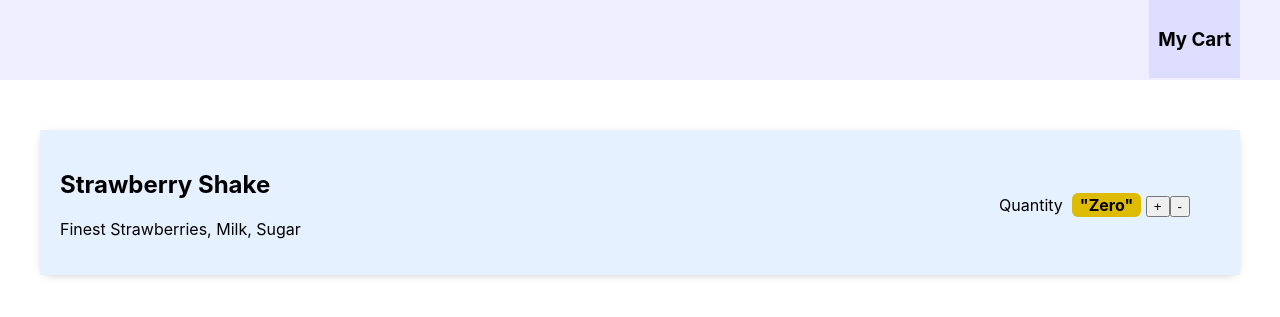
Repository: suhail-yazdan/shopping-cart-react
Page: /
These files come from the project's save history. The page is drawn as it stood at one moment and after the next save; the edit follows.
The browser window is 1280 px wide. The pictures show the whole page.
The project was rebuilt for these pictures with package versions that can differ from the ones it lists, and the page was loaded fresh each time.

Above is the page before, as saved 2023-10-04 16:26:56.

### src/App.js
import './App.css';
import Card from "./Card.jsx";
import Cart from "./Cart.jsx";

function App() {
  // const [products, setProducts] = useState([
  //   {
  //     pid: 1,
  //     name: "Strawberry Shake",
  //     desc: "Finest Strawberries, Milk, Sugar",
  //     price: 149,
  //     quantity: 0
  //   },
  //   {
  //     pid: 2,
  //     name: "Chocolate Fantasy",
  //     desc: "Brownie with chocolate sauce topped with Vanilla Ice cream",
  //     price: 249,
  //     quantity: 0
  //   },
  //   {
  //     pid: 3,
  //     name: "Mediterranean Delight",
  //     desc: "Nuts and Dates from the soils of Algeria",
  //     price: 329,
  //     quantity: 0
  //   }
  // ])
  return (
    <div>
      <header>
        <div className="grid1200">
          <Cart/>
        </div>
      </header>

      <main>
        <div className="grid1200">
          <Card/>
        </div>
      </main>
    </div>
  );
}

export default App;

### src/App.css
main {
  padding: 50px 0px;
}

div.grid1200 {
  width: 1200px;
  margin: 0px auto;
}

header {
  height: 80px;
  background-color: #eef;
}

### src/Card.jsx
import React from 'react'
import Counter from './Counter'
import "./cardstyle.css";

const Card = () => {
  return (
    <div className='card selected'>
      <h2> Strawberry Shake </h2>
      <p> Finest Strawberries, Milk, Sugar </p>
      <div className='overlay'>
        <Counter />
      </div>
    </div>
  )
}

export default Card

### src/Cart.jsx
import "./cartstyle.css"

const Cart = () => {
  return (
    <div className="cart">
      <h3> My Cart </h3>
      <div>
        {/* <ul>
            <li>
              0
            </li>
        </ul> */}
      </div>
    </div>
  )
}

export default Cart

### src/Counter.js
import "./counterstyle.css";

export default function Counter() {
    return (
      <div className="counter">
        Quantity &nbsp;
        <span className="badge badge-warning">
          "Zero"
        </span>
        &nbsp;
        <button>
          +
        </button>
        <button>
          -
        </button>
      </div>
    );
}

### src/cardstyle.css
.card {
  padding: 20px;
  margin-bottom: 70px;
  cursor: pointer;
  box-shadow: 0px 2px 10px -5px rgba(0, 0, 0, 0.4);
  position: relative;
}

.selected {
  background-color: rgba(220, 235, 255, 0.7);
}

.deselected {
  background-color: white;
}

.overlay {
  width: 100%;
  height: 100%;
  position: absolute;
  z-index: 20;
  top: 0px;
  left: 0px;
}

.show {
  display: block;
}

.hide {
  display: none;
}

### src/cartstyle.css
div.cart {
  padding: 9px;
  background-color: #ddf;
  float: right;
  position: relative;
  cursor: pointer;
}

div.popup {
  position: absolute;
  z-index: 200;
  width: 200px;
  height: 150px;
  padding: 15px 20px;
  background-color: #ccd;
  top: 80px;
  right: 0px;
}

.menu-on {
  display: block;
}

.menu-off {
  display: none;
}

.cart ul {
  margin: 0px;
  padding: 0px;
  list-style-type: none;
}

.cart ul li {
  line-height: 40px;
}

### src/counterstyle.css
.counter {
    float: right;
    margin-top: 65px;
    margin-right: 50px;
  }

  .badge {
    padding: 2px 8px;
    border-radius: 6px;
    background-color: #222;
    font-weight: bold;
  }

  .badge-primary {
    background-color: #36b;
    color: white;
  }

  .badge-secondary {
    background-color: #666;
    color: white;
  }

  .badge-warning {
    background-color: #db0;
    color: black;
  }

  .btn {
    padding: 4px 8px;
    border-radius: 3px;
    cursor: pointer;
    background-color: #222;
    color: white;
    border: none;
    margin-left: 3px;
  }

  .btn-secondary {
    background-color: #666;
  }

  .btn-danger {
    background-color: #d33;
  }

Loaded but not shown: public/index.html (common file); src/index.js (common file); src/index.css (common file); src/reportWebVitals.js (common file)

After the next save:
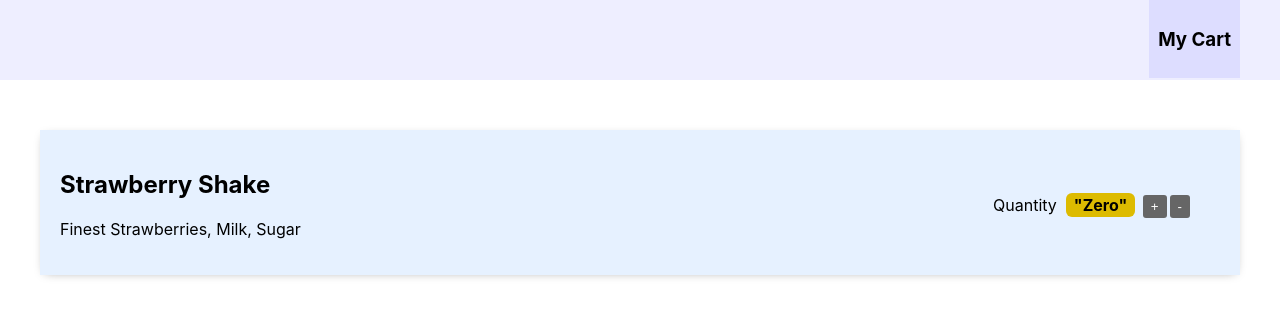
Saved 36 s later.
--- a/src/Counter.js
+++ b/src/Counter.js
@@ -8,10 +8,10 @@ export default function Counter() {
           "Zero"
         </span>
         &nbsp;
-        <button>
+        <button className="btn btn-secondary">
           +
         </button>
-        <button>
+        <button className="btn btn-secondary">
           -
         </button>
       </div>
